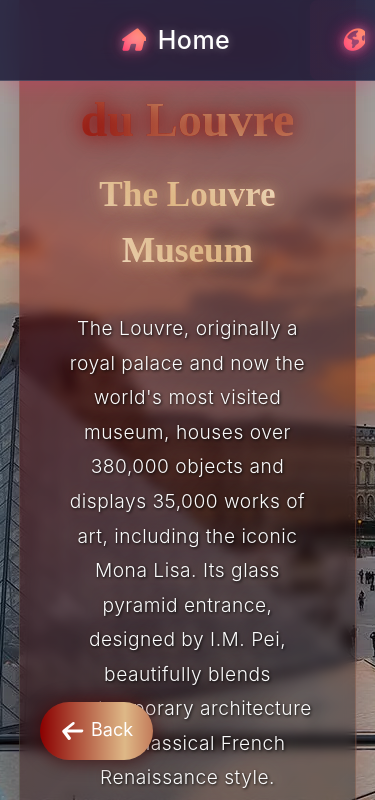
Repository: huang-heavenly-Emperor/NewYork
Page: louvre.html
The author's editor kept a copy of each file at every save. The page is drawn from the files as they stood at one save, then again after the next save.
The browser window is 375 px wide. The pictures show the whole page.

Above is the page before, as saved 2025-02-19 15:07:23.

### louvre.html
<!DOCTYPE html>
<html lang="en">

<head>
  <meta charset="UTF-8">
  <meta name="viewport" content="width=device-width, initial-scale=1.0">
  <title>Louvre Museum - France</title>
  <link rel="stylesheet" href="css/style.css">
  <link rel="stylesheet" href="css/louvre.css">
  <link rel="stylesheet" href="css/animations.css">
  <link rel="stylesheet" href="lib/font-awesome.css">
</head>

<body>
  <!-- 开场动画 -->
  <div class="page-entrance">
    <div class="entrance-content">
      <h1 class="entrance-title">
        <span class="french">Le Louvre</span>
        <span class="english">The Louvre</span>
      </h1>
      <div class="entrance-line"></div>
      <p class="entrance-subtitle">World's Greatest Art Museum</p>
    </div>
  </div>

  <!-- 页面主要内容 -->
  <div class="content-delay">
    <!-- Main navigation -->
    <nav class="main-nav">
      <ul class="nav-links">
        <li>
          <a href="index.html">
            <i class="fas fa-home"></i>
            Home
          </a>
        </li>
        <li class="dropdown">
          <a href="tour.html" class="active">
            <i class="fas fa-globe-americas"></i>
            Tour
          </a>
          <ul class="dropdown-menu">
            <li class="nested-dropdown">
              <a href="france.html" class="active">
                Europe
              </a>
              <ul class="nested-dropdown-menu">
                <li>
                  <a href="eiffel.html">
                    <span>Eiffel Tower</span>
                  </a>
                </li>
                <li>
                  <a href="louvre.html" class="active">
                    <span>Louvre Museum</span>
                  </a>
                </li>
              </ul>
            </li>
          </ul>
        </li>
        <li>
          <a href="camera.html">
            <i class="fas fa-camera"></i>
            Camera
          </a>
        </li>
        <li>
          <a href="print.html">
            <i class="fas fa-print"></i>
            Print
          </a>
        </li>
      </ul>
    </nav>

    <div class="banner">
      <img src="images/louvre.jpg" alt="Louvre Museum">
      <div class="banner-text">
        <h1>
          <span class="french">Le Musée du Louvre</span>
          <span class="english">The Louvre Museum</span>
        </h1>
        <p>
          The Louvre, originally a royal palace and now the world's most visited museum, houses over 380,000 objects and displays 35,000 works of art, including the iconic Mona Lisa. Its glass pyramid entrance, designed by I.M. Pei, beautifully blends contemporary architecture with classical French Renaissance style.
        </p>
      </div>
    </div>

    <a href="france.html" class="back-button">
      <i class="fas fa-arrow-left"></i>
      <span>Back</span>
    </a>
  </div>

  <script>
    document.addEventListener('DOMContentLoaded', function() {
      // 页面入场动画
      const pageEntrance = document.querySelector('.page-entrance');
      const contentDelay = document.querySelector('.content-delay');

      setTimeout(() => {
        pageEntrance.style.opacity = '0';
        pageEntrance.style.visibility = 'hidden';
        contentDelay.style.opacity = '1';
      }, 2000);
    });
  </script>
</body>

</html>

### css/louvre.css
/* Base styles */
* {
    margin: 0;
    padding: 0;
    box-sizing: border-box;
}

body {
    font-family: 'Inter', sans-serif;
    line-height: 1.6;
    color: #ffffff;
    background: #000000;
    height: 100vh;
    overflow: hidden;
}

/* Banner section */
.banner {
    position: relative;
    width: 100vw;
    height: 100vh;
    overflow: hidden;
    display: flex;
    flex-direction: column;
    align-items: center;
    justify-content: center;
}

.banner img {
    position: absolute;
    top: 0;
    left: 0;
    width: 100%;
    height: 100%;
    object-fit: cover;
    filter: brightness(0.75) saturate(1.1);
    animation: zoomIn 1.5s ease-out forwards;
    z-index: 1;
}

.banner h1 {
    position: relative;
    font-family: 'Playfair Display', serif;
    font-size: 5rem;
    background: linear-gradient(45deg,
        #F8F0E3 0%,
        #8B0000 50%,
        #F8F0E3 100%
    );
    -webkit-background-clip: text;
    -webkit-text-fill-color: transparent;
    text-shadow:
        0 0 15px rgba(139, 0, 0, 0.8),
        0 0 30px rgba(139, 0, 0, 0.4);
    opacity: 0;
    animation: titleReveal 1.2s ease-out 0.8s forwards;
    z-index: 2;
    margin-bottom: 2rem;
    text-align: center;
}

.banner h1 .french {
    display: block;
    font-size: 5.5rem;
    margin-bottom: 0.5rem;
    background: linear-gradient(45deg,
        #8B0000 0%,
        #DEB887 50%,
        #8B0000 100%
    );
    -webkit-background-clip: text;
    -webkit-text-fill-color: transparent;
    text-shadow:
        0 0 20px rgba(139, 0, 0, 0.9),
        0 0 40px rgba(139, 0, 0, 0.5);
}

.banner h1 .english {
    display: block;
    font-size: 4rem;
    background: linear-gradient(45deg,
        #F8F0E3 0%,
        #DEB887 50%,
        #F8F0E3 100%
    );
    -webkit-background-clip: text;
    -webkit-text-fill-color: transparent;
    text-shadow:
        0 0 15px rgba(222, 184, 135, 0.8),
        0 0 30px rgba(222, 184, 135, 0.4);
}

/* Article content */
.banner-text {
    position: relative;
    max-width: 800px;
    width: 90%;
    padding: 2.5rem;
    z-index: 2;
    opacity: 0;
    animation: contentFadeIn 1s ease-out 1.5s forwards;
    background: linear-gradient(
        135deg,
        rgba(139, 0, 0, 0.45) 0%,
        rgba(0, 0, 0, 0.35) 100%
    );
    backdrop-filter: blur(6px);
    -webkit-backdrop-filter: blur(6px);
    border-radius: 20px;
    border: 1px solid rgba(222, 184, 135, 0.15);
    box-shadow:
        0 0 30px rgba(139, 0, 0, 0.15),
        0 0 60px rgba(0, 0, 0, 0.1);
}

.banner-text p {
    font-size: 1.8rem;
    line-height: 1.8;
    color: rgba(255, 255, 255, 0.98);
    text-align: center;
    text-shadow:
        1px 1px 3px rgba(0, 0, 0, 0.95),
        0 0 20px rgba(222, 184, 135, 0.4);
    letter-spacing: 0.5px;
    font-weight: 300;
}

/* Page entrance animation */
.page-entrance {
    position: fixed;
    top: 0;
    left: 0;
    width: 100%;
    height: 100%;
    background: #000;
    display: flex;
    justify-content: center;
    align-items: center;
    z-index: 1000;
    transition: opacity 0.5s ease, visibility 0.5s ease;
}

.entrance-content {
    text-align: center;
    opacity: 0;
    animation: entranceFadeIn 1s ease forwards 0.5s;
}

.entrance-title {
    margin-bottom: 2rem;
}

.entrance-title .french {
    display: block;
    font-size: 5rem;
    background: linear-gradient(45deg,
        #8B0000 0%,
        #DEB887 50%,
        #8B0000 100%
    );
    -webkit-background-clip: text;
    -webkit-text-fill-color: transparent;
    margin-bottom: 1rem;
    text-shadow: 0 0 20px rgba(139, 0, 0, 0.6);
    opacity: 0;
    animation: titleGlow 2s ease forwards;
}

.entrance-title .english {
    display: block;
    font-size: 3rem;
    background: linear-gradient(45deg,
        #F8F0E3 0%,
        #DEB887 50%,
        #F8F0E3 100%
    );
    -webkit-background-clip: text;
    -webkit-text-fill-color: transparent;
    text-transform: uppercase;
    letter-spacing: 0.2em;
    opacity: 0;
    animation: titleReveal 1.5s ease forwards 0.5s;
    text-shadow: 0 0 15px rgba(222, 184, 135, 0.6);
}

.entrance-line {
    width: 0;
    height: 2px;
    background: linear-gradient(to right, transparent, #8B0000, transparent);
    margin: 2rem auto;
    animation: lineExpand 1s ease-out forwards 1s;
}

.entrance-subtitle {
    font-size: 1.5rem;
    background: linear-gradient(45deg,
        #DEB887 0%,
        #F8F0E3 50%,
        #DEB887 100%
    );
    -webkit-background-clip: text;
    -webkit-text-fill-color: transparent;
    opacity: 0;
    animation: subtitleFade 1s ease forwards 1.5s;
    text-shadow: 0 0 10px rgba(222, 184, 135, 0.4);
}

/* Back button */
.back-button {
    position: fixed;
    bottom: 40px;
    left: 40px;
    padding: 15px 30px;
    font-size: 24px;
    color: #ffffff;
    background: linear-gradient(
        270deg,
        #8B0000,
        #DEB887,
        #8B0000,
        #DEB887,
        #8B0000
    );
    background-size: 300% 100%;
    border: none;
    border-radius: 50px;
    cursor: pointer;
    display: flex;
    align-items: center;
    gap: 10px;
    text-decoration: none;
    transition: all 0.3s ease;
    z-index: 1000;
    box-shadow: 0 4px 15px rgba(0, 0, 0, 0.3),
                0 0 20px rgba(139, 0, 0, 0.4);
    animation: gradientMove 4s linear infinite;
}

.back-button:hover {
    transform: translateY(-3px);
    box-shadow: 0 6px 20px rgba(0, 0, 0, 0.4),
                0 0 30px rgba(139, 0, 0, 0.6),
                0 0 50px rgba(222, 184, 135, 0.4);
    animation: gradientMove 2s linear infinite;
}

.back-button i {
    font-size: 24px;
}

/* Animations */
@keyframes zoomIn {
    0% {
        transform: scale(1.2);
        filter: brightness(0);
    }
    100% {
        transform: scale(1);
        filter: brightness(0.75) saturate(1.1);
    }
}

@keyframes titleReveal {
    0% {
        opacity: 0;
        transform: translateY(-20px);
    }
    100% {
        opacity: 1;
        transform: translateY(0);
    }
}

@keyframes contentFadeIn {
    0% {
        opacity: 0;
        transform: translateY(30px);
    }
    100% {
        opacity: 1;
        transform: translateY(0);
    }
}

@keyframes gradientMove {
    0% {
        background-position: 0% 50%;
    }
    100% {
        background-position: 300% 50%;
    }
}

@keyframes entranceFadeIn {
    0% {
        opacity: 0;
        transform: translateY(30px);
    }
    100% {
        opacity: 1;
        transform: translateY(0);
    }
}

/* Responsive design */
@media (max-width: 768px) {
    .banner h1 {
        font-size: 3.5rem;
    }

    .banner h1 .french {
        font-size: 4rem;
    }

    .banner h1 .english {
        font-size: 3rem;
    }

    .banner-text p {
        font-size: 1.4rem;
    }

    .back-button {
        padding: 12px 25px;
        font-size: 20px;
    }
}

@media (max-width: 480px) {
    .banner h1 {
        font-size: 2.5rem;
    }

    .banner h1 .french {
        font-size: 3rem;
    }

    .banner h1 .english {
        font-size: 2.2rem;
    }

    .banner-text p {
        font-size: 1.2rem;
    }

    .back-button {
        padding: 10px 20px;
        font-size: 18px;
    }
}

### css/animations.css
/* Opening animation */
@keyframes fadeInScale {
  0% {
    opacity: 0;
    transform: scale(0.9);
  }
  50% {
    opacity: 0.5;
    transform: scale(1.02);
  }
  100% {
    opacity: 1;
    transform: scale(1);
  }
}

@keyframes slideInFromBottom {
  0% {
    opacity: 0;
    transform: translate(-50%, 50px);
  }
  60% {
    opacity: 0.8;
    transform: translate(-50%, -5px);
  }
  80% {
    transform: translate(-50%, 2px);
  }
  100% {
    opacity: 1;
    transform: translate(-50%, 0);
  }
}

@keyframes slideInFromTop {
  0% {
    opacity: 0;
    transform: translateY(-30px);
  }
  100% {
    opacity: 1;
    transform: translateY(0);
  }
}

@keyframes fadeInRotate {
  0% {
    opacity: 0;
    transform: rotate(-10deg) scale(0.95);
  }
  100% {
    opacity: 1;
    transform: rotate(0) scale(1);
  }
}

/* Navigation bar animation */
.main-nav {
  animation: slideInFromTop 0.8s cubic-bezier(0.34, 1.56, 0.64, 1);
}

.nav-links li {
  opacity: 0;
  animation: fadeInRotate 0.6s cubic-bezier(0.34, 1.56, 0.64, 1) forwards;
}

.nav-links li:nth-child(1) { animation-delay: 0.2s; }
.nav-links li:nth-child(2) { animation-delay: 0.3s; }
.nav-links li:nth-child(3) { animation-delay: 0.4s; }
.nav-links li:nth-child(4) { animation-delay: 0.5s; }

/* Navigation link hover effect */
.nav-links a {
  transition: all 0.3s cubic-bezier(0.34, 1.56, 0.64, 1);
}

.nav-links a:hover {
  transform: translateY(-2px) scale(1.05);
  text-shadow: 0 2px 4px rgba(0, 0, 0, 0.2);
}

/* Rocket animation */
.rocketManSVG {
  opacity: 0;
  animation: fadeInScale 1s cubic-bezier(0.23, 1, 0.32, 1) 1s forwards;
}

/* Star animation */
.star {
  opacity: 0;
  animation: fadeInRotate 0.8s cubic-bezier(0.34, 1.56, 0.64, 1) forwards;
}

.starContainer .star:nth-child(odd) {
  animation-delay: 0.5s;
}

.starContainer .star:nth-child(even) {
  animation-delay: 0.7s;
}

/* Satellite animation */
.satellite {
  opacity: 0;
  animation: fadeInScale 1s cubic-bezier(0.23, 1, 0.32, 1) 1.2s forwards;
}

/* Title animation */
.demo--dancing-shadows__title {
  animation: fadeInScale 1.8s cubic-bezier(0.23, 1, 0.32, 1);
}

.text-wrapper {
  animation: fadeInScale 2s cubic-bezier(0.23, 1, 0.32, 1) 0.2s backwards;
}

/* CTA button animation */
.cta-wrapper {
  position: fixed;
  bottom: 50px;
  left: 50%;
  transform: translateX(-50%);
  z-index: 1000;
  animation: slideInFromBottom 1.2s cubic-bezier(0.34, 1.56, 0.64, 1) 1.5s backwards;
  opacity: 1;
}

.cta-button {
  transition: all 0.5s cubic-bezier(0.34, 1.56, 0.64, 1);
  will-change: transform;
  position: relative;
  z-index: 1000;
  opacity: 1;
}

.cta-button:hover {
  transform: translateY(-6px) scale(1.03);
  box-shadow: 0 12px 35px rgba(255, 107, 107, 0.4);
  background: linear-gradient(135deg,
    rgba(255, 127, 127, 0.98),
    rgba(255, 127, 167, 0.98)
  );
  letter-spacing: 1px;
}

.cta-button:active {
  transform: translateY(-2px) scale(0.98);
  box-shadow: 0 6px 20px rgba(255, 107, 107, 0.4);
  transition: all 0.2s cubic-bezier(0.34, 1.56, 0.64, 1);
}

/* Text hover effect */
.text-item {
  transition: all 0.4s cubic-bezier(0.34, 1.56, 0.64, 1);
  will-change: transform;
}

.text-item:hover {
  transform: translateY(-4px) scale(1.08);
  text-shadow: 0 0.15rem black,
               0 0.25rem black,
               0 0.35rem black,
               0 0.45rem black,
               0 0.65rem black,
               0 0.75rem rgba(255, 255, 255, 0.8),
               0 0.85rem rgba(255, 255, 255, 0.6);
}

/* Background animation effect */
.demo--dancing-shadows__title:before {
  transition: all 0.8s cubic-bezier(0.23, 1, 0.32, 1);
}

.demo--dancing-shadows__title:hover:before {
  filter: hue-rotate(25deg) brightness(1.15);
}

/* 页面开场动画 */
.page-entrance {
    position: fixed;
    top: 0;
    left: 0;
    width: 100%;
    height: 100%;
    background: #000;
    z-index: 9999;
    display: flex;
    justify-content: center;
    align-items: center;
    animation: fadeOut 0.5s ease forwards 2.5s;
}

.entrance-content {
    text-align: center;
    opacity: 0;
    animation: contentFadeIn 0.8s ease forwards 0.5s;
}

.entrance-title {
    font-size: 4rem;
    color: transparent;
    position: relative;
    margin-bottom: 1rem;
}

.entrance-title .chinese {
    display: block;
    font-family: "STKaiti", "楷体", serif;
    font-size: 5rem;
    background: linear-gradient(120deg, #FFD700, #FFA500);
    -webkit-background-clip: text;
    background-clip: text;
    opacity: 0;
    transform: translateY(20px);
    animation: titleReveal 0.8s ease forwards 0.8s;
}

.entrance-title .english {
    display: block;
    font-family: "Playfair Display", serif;
    font-size: 2.5rem;
    color: #fff;
    opacity: 0;
    transform: translateY(20px);
    animation: titleReveal 0.8s ease forwards 1.2s;
}

.entrance-line {
    width: 0;
    height: 2px;
    background: linear-gradient(90deg,
        transparent,
        #FFD700,
        #FFA500,
        #FFD700,
        transparent
    );
    margin: 20px auto;
    animation: lineGrow 0.6s ease forwards 1.6s;
}

.entrance-subtitle {
    font-size: 1.2rem;
    color: rgba(255, 255, 255, 0.8);
    opacity: 0;
    transform: translateY(20px);
    animation: titleReveal 0.8s ease forwards 1.8s;
}

/* 开场动画关键帧 */
@keyframes fadeOut {
    to {
        opacity: 0;
        visibility: hidden;
    }
}

@keyframes contentFadeIn {
    from {
        opacity: 0;
        transform: translateY(30px);
    }
    to {
        opacity: 1;
        transform: translateY(0);
    }
}

@keyframes titleReveal {
    from {
        opacity: 0;
        transform: translateY(20px);
    }
    to {
        opacity: 1;
        transform: translateY(0);
    }
}

@keyframes lineGrow {
    from {
        width: 0;
    }
    to {
        width: 300px;
    }
}

/* 页面内容延迟显示 */
.content-delay {
    opacity: 0;
    animation: contentAppear 1s ease forwards 3s;
}

@keyframes contentAppear {
    to {
        opacity: 1;
    }
}

### lib/font-awesome.css
@font-face {
    font-family: 'Font Awesome 6 Free';
    font-style: normal;
    font-weight: 900;
    src: url('webfonts/fa-solid-900.woff2') format('woff2');
}

.fas {
    font-family: 'Font Awesome 6 Free';
    font-weight: 900;
}

.fa-home:before {
    content: "\f015";
}

.fa-globe-americas:before {
    content: "\f57d";
}

.fa-torii-gate:before {
    content: "\f6a1";
}

.fa-sun:before {
    content: "\f185";
}

.fa-landmark:before {
    content: "\f66f";
}

.fa-flag-usa:before {
    content: "\f74d";
}

.fa-star:before {
    content: "\f005";
}

.fa-chart-line:before {
    content: "\f201";
}

.fa-city:before {
    content: "\f64f";
}

.fa-tree:before {
    content: "\f1bb";
}

.fa-theater-masks:before {
    content: "\f630";
}

.fa-ellipsis-h:before {
    content: "\f141";
}

.fa-camera:before {
    content: "\f030";
}

.fa-print:before {
    content: "\f02f";
}

.fa-arrow-left:before {
    content: "\f060";
}

Loaded but not shown: css/style.css (502 lines, source omitted)

After the next save:
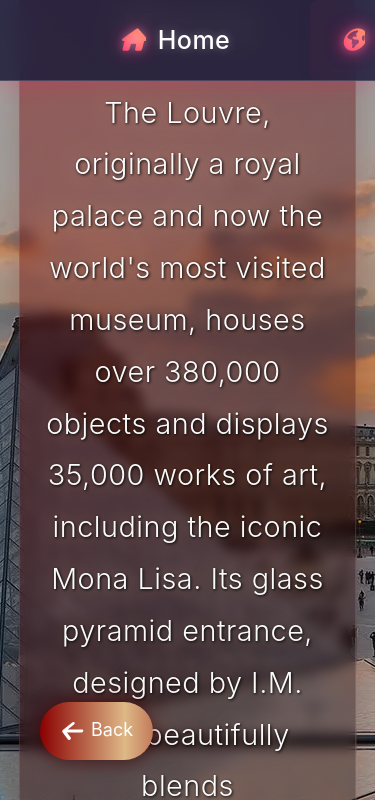
Saved 45 s later.
--- a/css/louvre.css
+++ b/css/louvre.css
@@ -93,9 +93,9 @@
 /* Article content */
 .banner-text {
     position: relative;
-    max-width: 800px;
-    width: 90%;
-    padding: 2.5rem;
+    max-width: 1000px;
+    width: 95%;
+    padding: 3rem 4rem;
     z-index: 2;
     opacity: 0;
     animation: contentFadeIn 1s ease-out 1.5s forwards;
@@ -123,6 +123,8 @@
         0 0 20px rgba(222, 184, 135, 0.4);
     letter-spacing: 0.5px;
     font-weight: 300;
+    max-width: 900px;
+    margin: 0 auto;
 }
 
 /* Page entrance animation */
@@ -316,8 +318,9 @@
         font-size: 3rem;
     }
 
-    .banner-text p {
-        font-size: 1.4rem;
+    .banner-text {
+        width: 92%;
+        padding: 2.5rem 2rem;
     }
 
     .back-button {
@@ -339,8 +342,9 @@
         font-size: 2.2rem;
     }
 
-    .banner-text p {
-        font-size: 1.2rem;
+    .banner-text {
+        width: 90%;
+        padding: 2rem 1.5rem;
     }
 
     .back-button {
